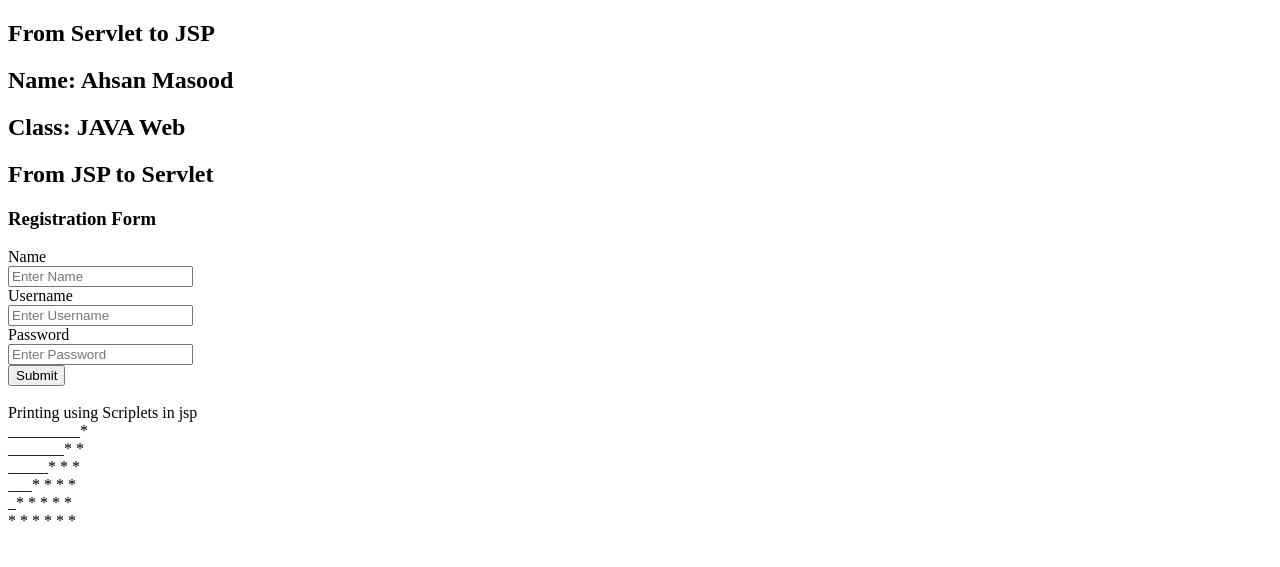
Repository: Ahsan-Masood98/Java-Web-Eng
Page: http://localhost/week2lab/helloworld
The author's editor kept a copy of each file at every save. The page is drawn from the files as they stood at one save, then again after the next save.
The browser window is 1280 px wide. The pictures show the whole page.
The page is served by Tomcat 9.

Above is the page before, as saved 2022-09-21 13:57:25.

After the next save:
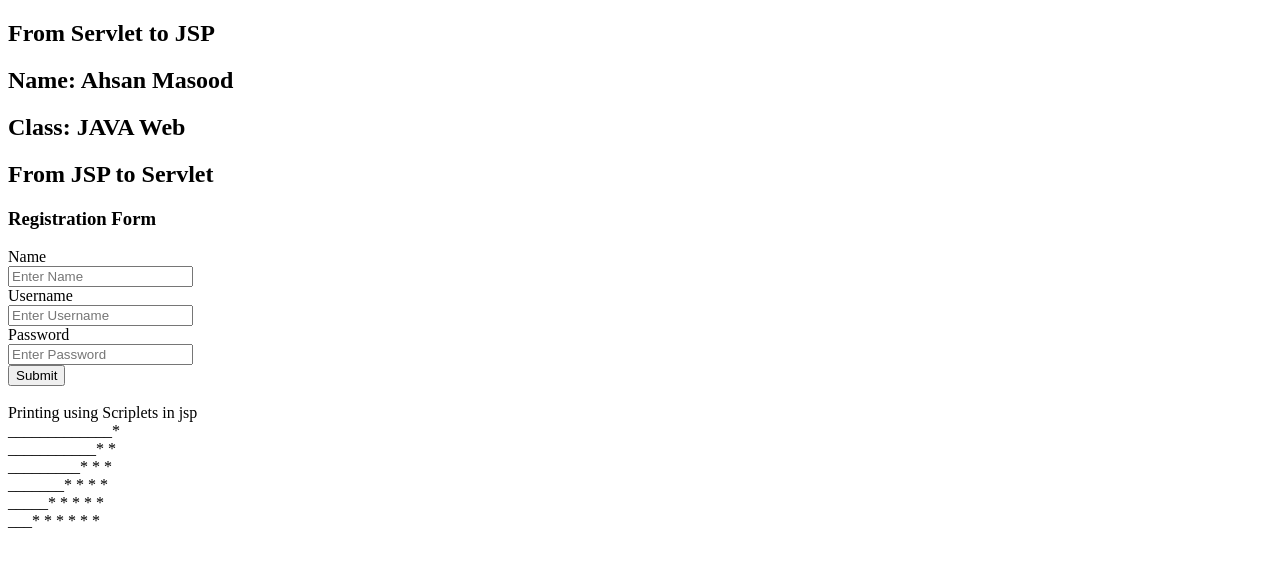
Saved 26 s later.
--- a/eclipse-workplace/week2lab/src/main/webapp/index.jsp
+++ b/eclipse-workplace/week2lab/src/main/webapp/index.jsp
@@ -27,7 +27,7 @@
 		int i,j, row=6;
 		for(i=0; i< row; i++){
 			int k=0;
-			for (j = 2*(row - i-2); j >= 0; j--)
+			for (j = 2*(row - i); j >= 0; j--)
 				out.print("_");
 	  		for( j=0; j<=i; j++)
 				out.println("*");
